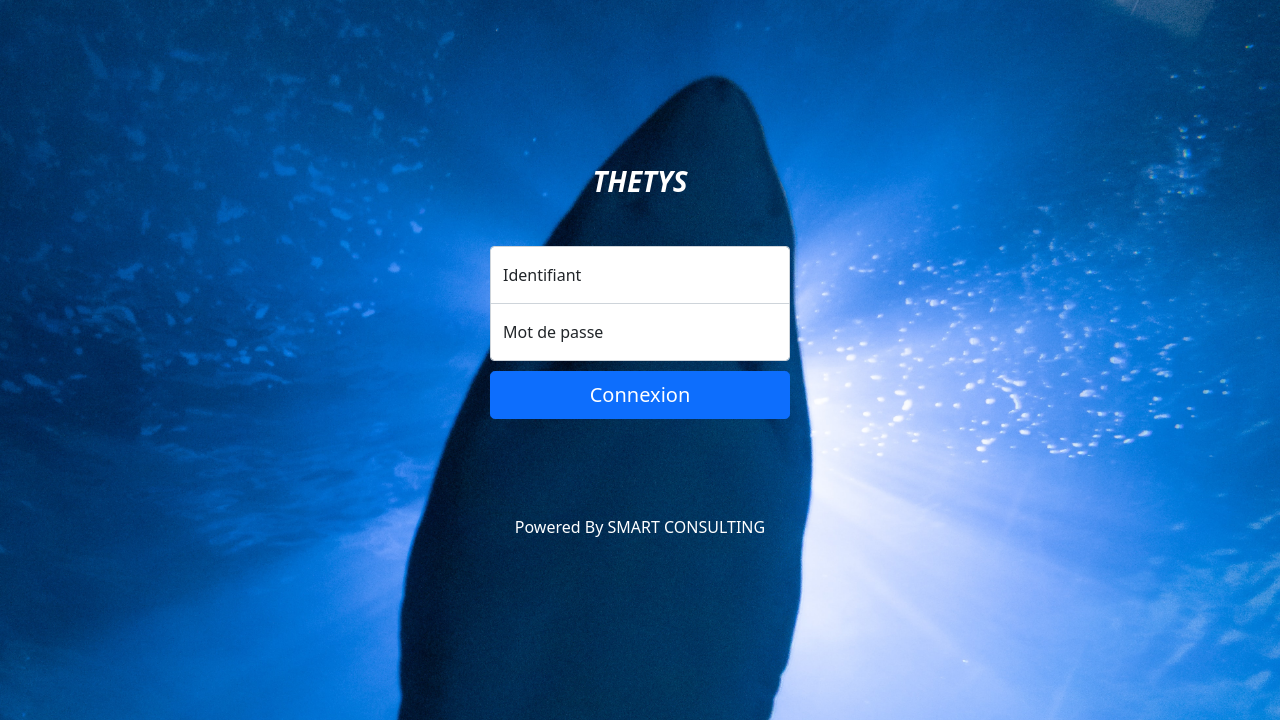
Repository: Elie-Dey/thetys
Page: index.html
The author's editor kept a copy of each file at every save. The page is drawn from the files as they stood at one save, then again after the next save.
The browser window is 1280 px wide. The pictures show the whole page.

Above is the page before, as saved 2022-04-08 21:47:13.

### index.html
<!DOCTYPE html>
<html lang="en">
  <head>
    <meta charset="utf-8" />
    <meta name="viewport" content="width=device-width, initial-scale=1" />
    <meta name="description" content="" />
    <meta name="generator" content="Hugo 0.84.0" />
    <title>Connexion THETYS</title>

    <!-- Bootstrap core CSS -->
    <link
      href="https://cdn.jsdelivr.net/npm/bootstrap@5.1.3/dist/css/bootstrap.min.css"
      rel="stylesheet"
      integrity="sha384-1BmE4kWBq78iYhFldvKuhfTAU6auU8tT94WrHftjDbrCEXSU1oBoqyl2QvZ6jIW3"
      crossorigin="anonymous"
    />

    <style>
      .bd-placeholder-img {
        font-size: 1.125rem;
        text-anchor: middle;
        -webkit-user-select: none;
        -moz-user-select: none;
        user-select: none;
      }

      @media (min-width: 768px) {
        .bd-placeholder-img-lg {
          font-size: 3.5rem;
        }
      }
      body {
        background-color: white;
        background-image: url("images/sharkBg.jpg");
      }
    </style>

    <!-- Custom styles for this template -->
    <link href="css/connexion.css" rel="stylesheet" />
  </head>
  <body class="text-center">
    <main class="form-signin">
      <form action="../thetys/front/accueil/accueil.php" method="">
        <h1 class="h3 mb-5 fw-bold fst-italic text-white">THETYS</h1>

        <div class="form-floating">
          <input
            type="email"
            class="form-control"
            id="floatingInput"
            placeholder="name@example.com"
          />
          <label for="floatingInput">Identifiant</label>
        </div>
        <div class="form-floating">
          <input
            type="password"
            class="form-control"
            id="floatingPassword"
            placeholder="Password"
          />
          <label for="floatingPassword">Mot de passe</label>
        </div>

        <button class="w-100 btn btn-lg btn-primary" type="submit">
          Connexion
        </button>

        <p class="mt-5 pt-5 mb-3 text-white">Powered By SMART CONSULTING</p>
      </form>
    </main>
  </body>
</html>

### css/connexion.css
html,
body {
  height: 100%;
}

body {
  display: flex;
  align-items: center;
  padding-top: 40px;
  padding-bottom: 40px;

  -webkit-background-size: cover;
  -moz-background-size: cover;
  background-size: cover;
  -o-background-size: cover;
}

.form-signin {
  width: 100%;
  max-width: 330px;
  padding: 15px;
  margin: auto;
}

.form-signin .checkbox {
  font-weight: 400;
}

.form-signin .form-floating:focus-within {
  z-index: 2;
}

.form-signin input[type="email"] {
  margin-bottom: -1px;
  border-bottom-right-radius: 0;
  border-bottom-left-radius: 0;
}

.form-signin input[type="password"] {
  margin-bottom: 10px;
  border-top-left-radius: 0;
  border-top-right-radius: 0;
}

After the next save:
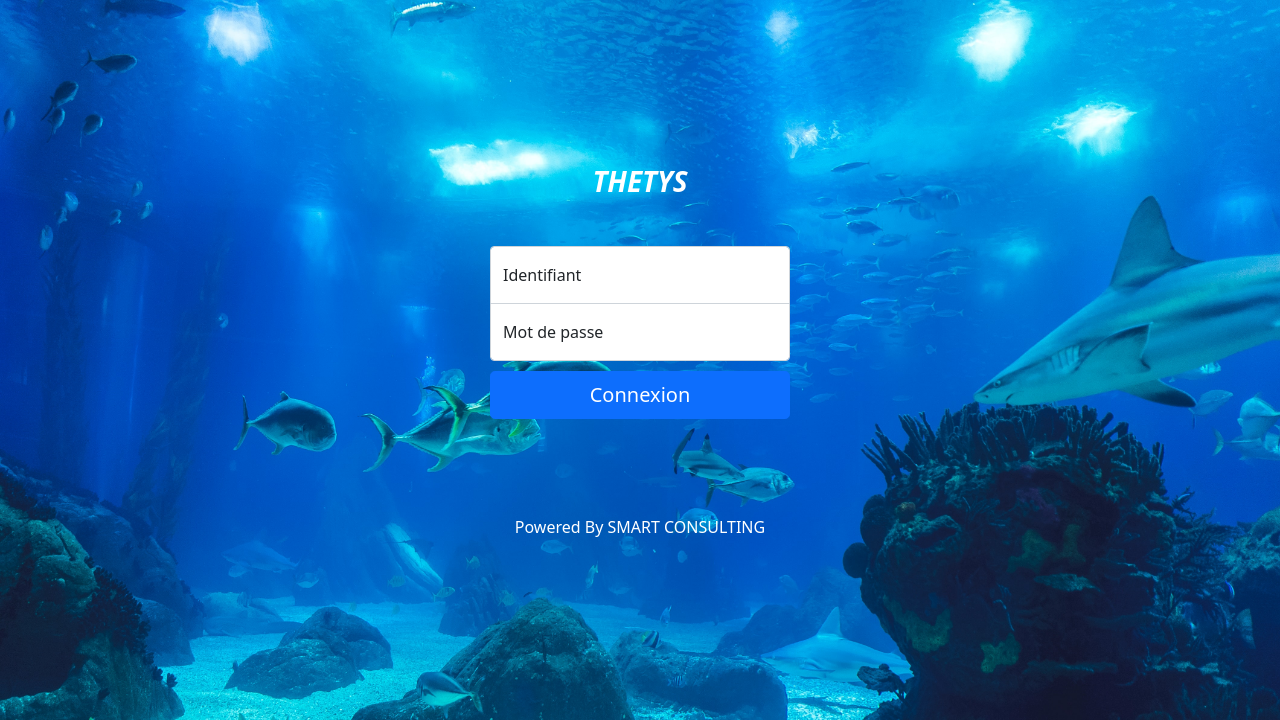
Saved 77 s later.
--- a/index.html
+++ b/index.html
@@ -31,7 +31,7 @@
       }
       body {
         background-color: white;
-        background-image: url("images/sharkBg.jpg");
+        background-image: url("images/indexBg.jpg");
       }
     </style>
 
